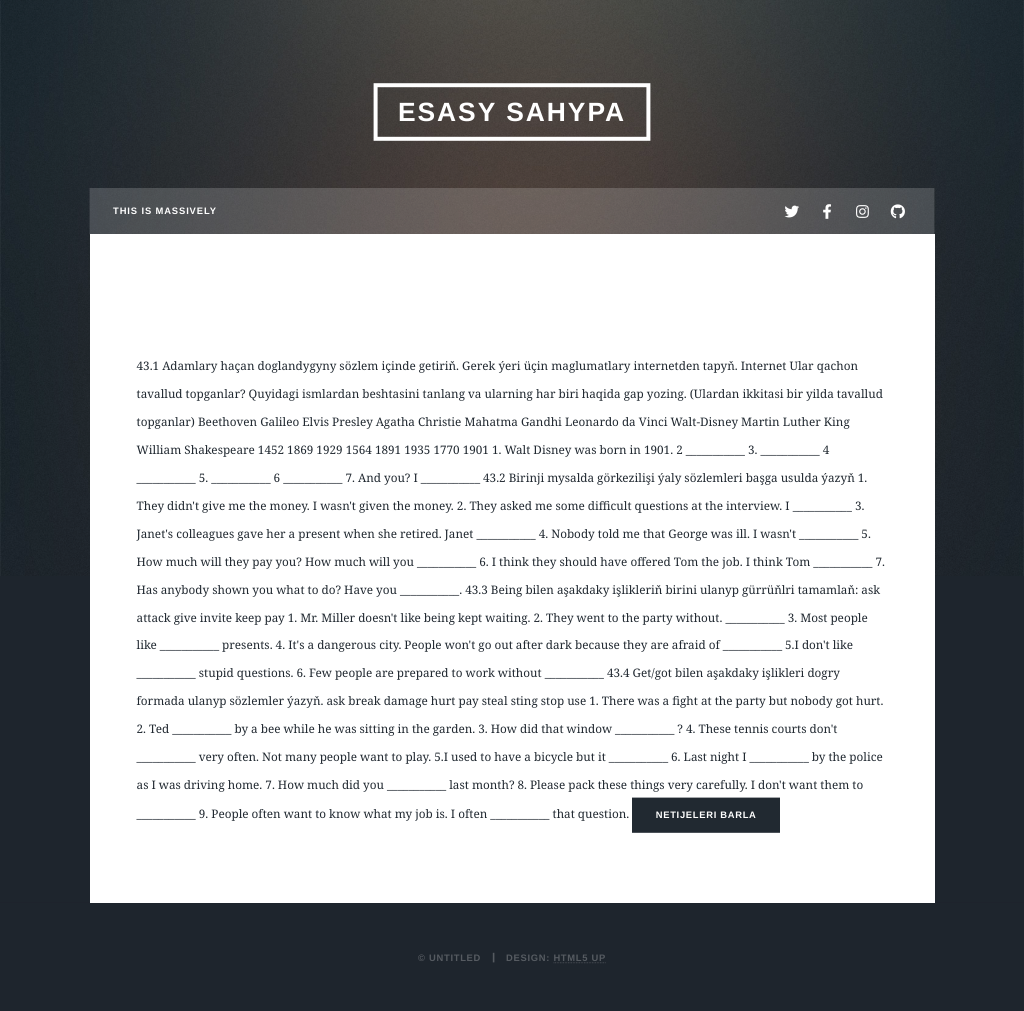
Repository: Sahet-dev/English-grammar-app
Page: test/test_unit _43.html
An editor plug-in stored every save of this project. The page is shown before and after the next save, followed by the edit.
The browser window is 1280 px wide. The pictures show the whole page, at 80% of full size.
Some web fonts or font styles are not loaded; a fallback is used.

Above is the page before, as saved 2022-06-24 15:14:57.

After the next save:
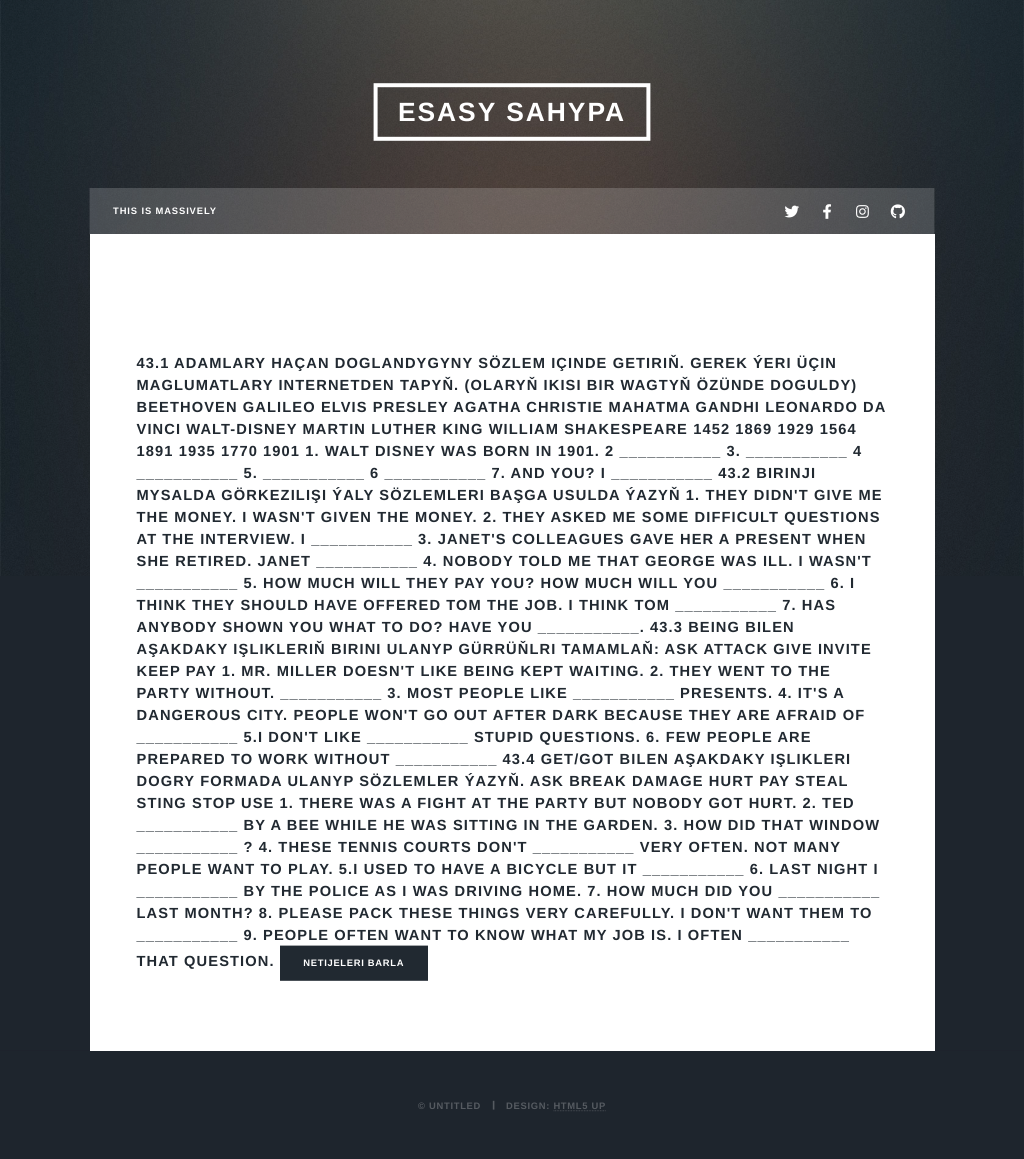
Saved 74 s later.
--- a/test/test_unit _43.html
+++ b/test/test_unit _43.html
@@ -53,13 +53,10 @@
 									<p>
 										<form action="results-unit-1.php" method="post">
 
-														43.1
+										<h3>43.1
 
-														Adamlary haçan doglandygyny sözlem içinde getiriň. Gerek ýeri üçin maglumatlary internetden tapyň. Internet Ular qachon tavallud topganlar? Quyidagi
-														ismlardan beshtasini tanlang va ularning har
-														biri haqida gap yozing. (Ulardan ikkitasi bir yilda
-														tavallud topganlar)
-
+														Adamlary haçan doglandygyny sözlem içinde getiriň. Gerek ýeri üçin maglumatlary
+														internetden tapyň. (Olaryň ikisi bir wagtyň özünde doguldy)
 														Beethoven
 														Galileo
 
